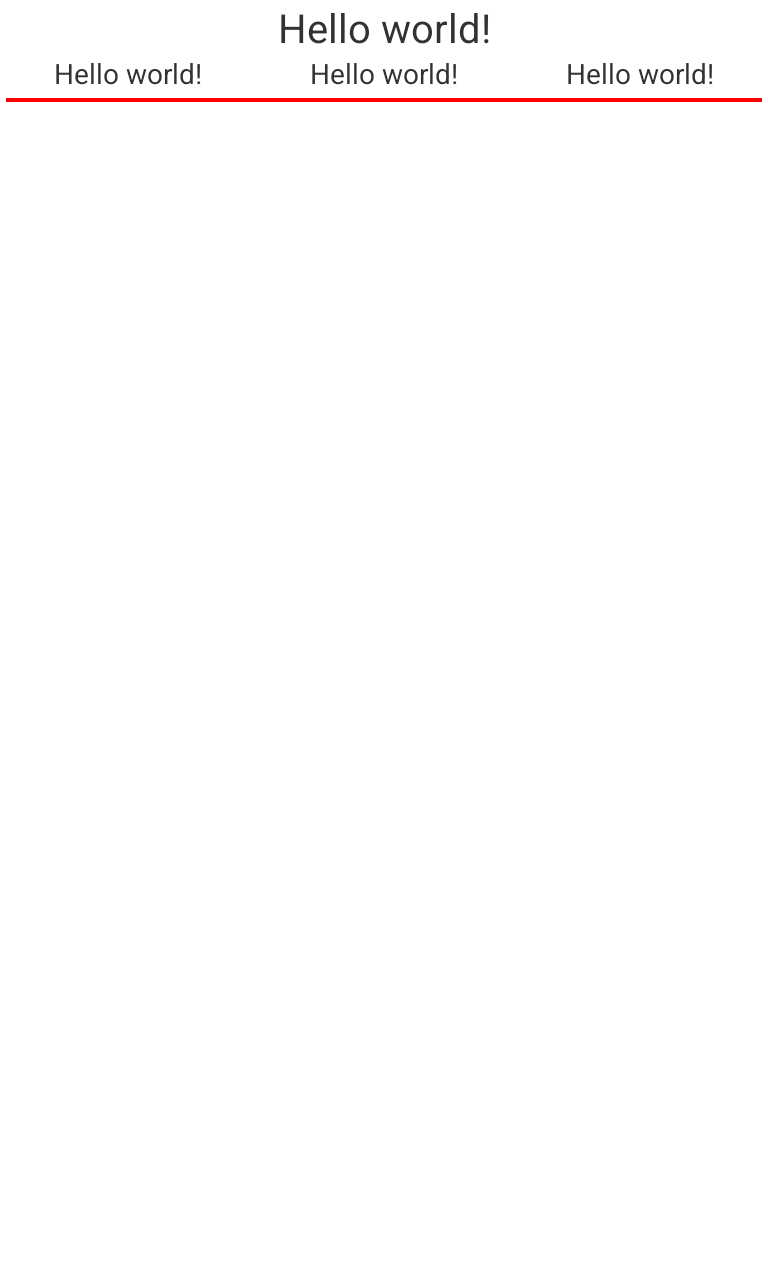
Repository: colincove/IAT381-Android
Layout: ColinCove_Assignment02/res/layout/activity_sensor_info.xml
An editor plug-in stored every save of this project. The layout is shown before and after the next save, followed by the edit.
It is drawn on a 768 x 1280 px phone screen (xhdpi) without system bars, with theme AppTheme; the app's code is not run.

Above is the layout before, as saved 2013-10-04 18:58:18.

After the next save:
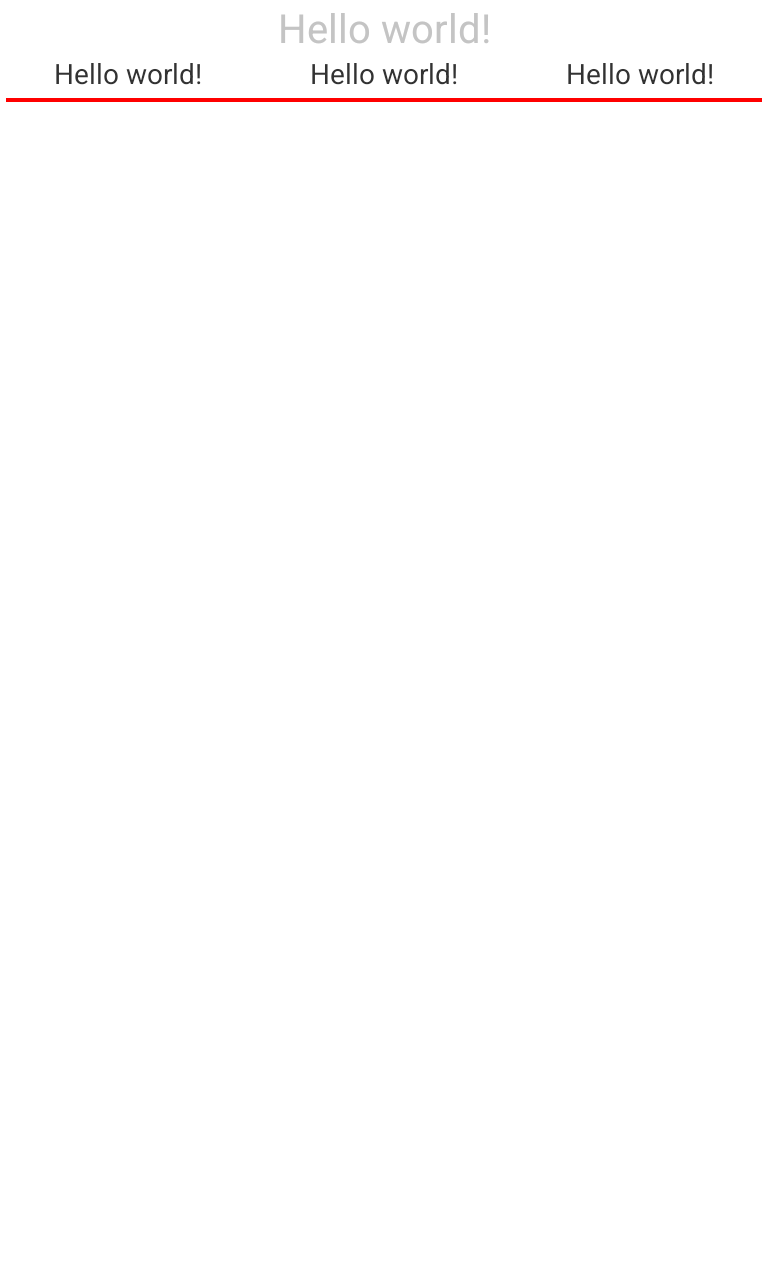
Saved 16 s later.
--- a/ColinCove_Assignment02/res/layout/activity_sensor_info.xml
+++ b/ColinCove_Assignment02/res/layout/activity_sensor_info.xml
@@ -11,7 +11,7 @@
         android:layout_height="wrap_content"
         >
         <TextView
-
+  android:textColor="@color/low_contrast"
             android:textSize="20sp"
             android:gravity="center"
            android:layout_span="3"
